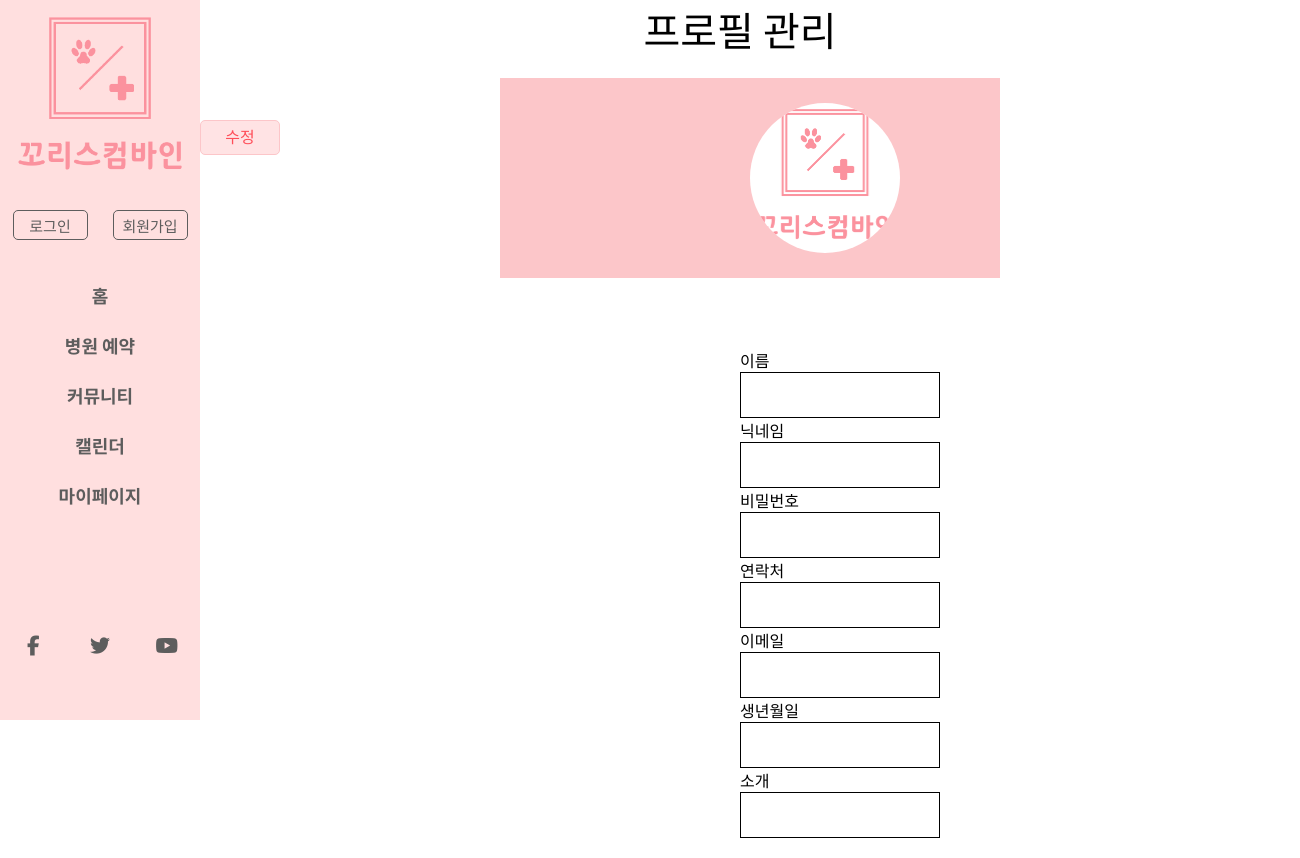
Repository: dodnam/kkoris
Page: http://localhost/1_kkoris/reservation2.jsp
The author's editor kept a copy of each file at every save. The page is drawn from the files as they stood at one save, then again after the next save.
The browser window is 1280 px wide. The page is 1280 px wide, then 1300 px, so the pictures cover 1300 px, including what lies to the right of the window. The pictures show the whole page.
Some web libraries are served in a nearby version. The page is served by Tomcat 9.

Above is the page before, as saved 2020-02-18 00:28:24.

After the next save:
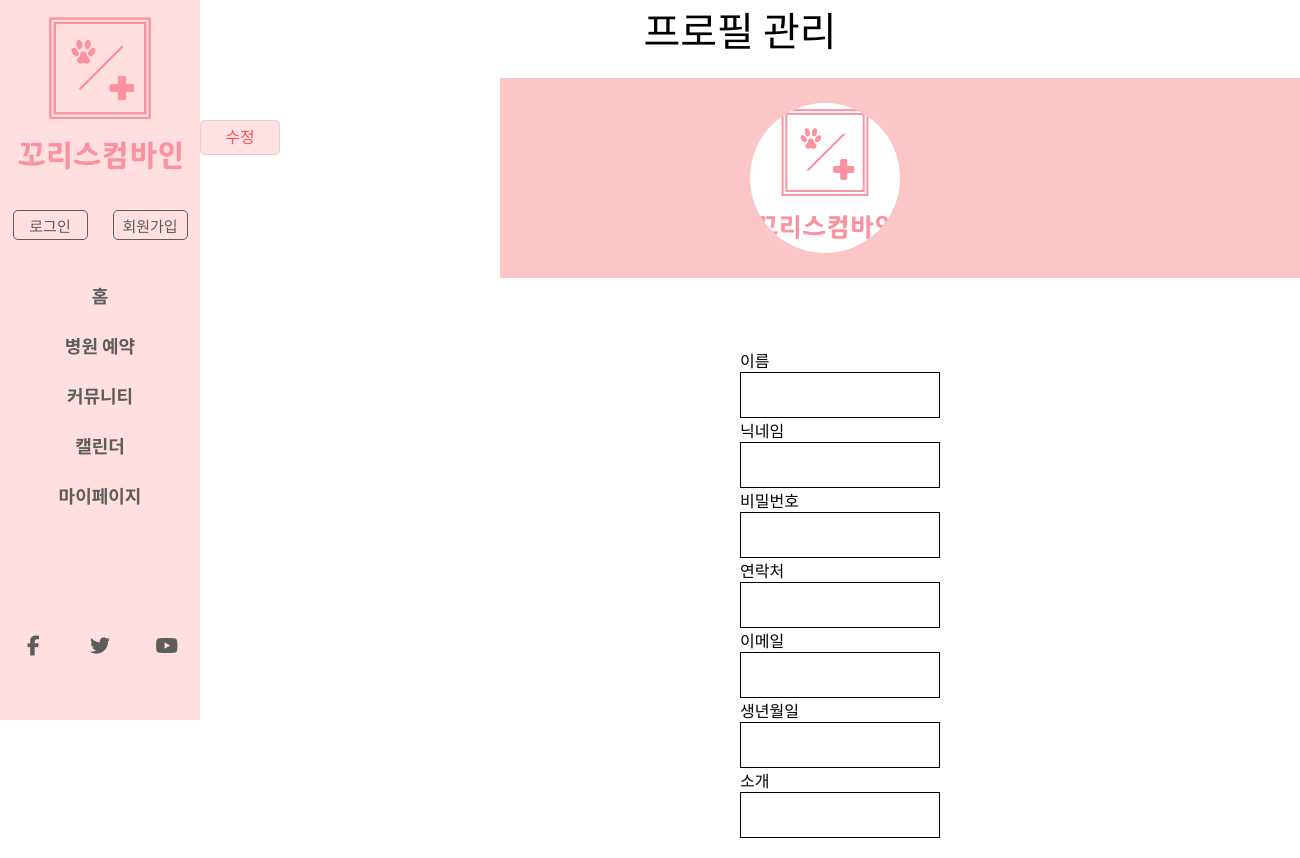
Saved 14 s later.
--- a/1_kkoris/WebContent/reservation2.jsp
+++ b/1_kkoris/WebContent/reservation2.jsp
@@ -8,7 +8,7 @@
 <link rel="stylesheet" type="text/css" href="<%= request.getContextPath() %>/css/index.css"/>
 <link rel="stylesheet" type="text/css" href="<%= request.getContextPath() %>/css/layout.css"/>
 <style>
-	.box_con{left:300px; width:500px; height:200px; background-color:#fcc6c9; position:absolute;}
+	.box_con{left:300px; width:800px; height:200px; background-color:#fcc6c9; position:absolute;}
 	.box{width: 150px; height:150px; border-radius:70%; overflow:hidden; background-color:#fff;margin-top:25px;margin-left:250px;}
 	.profile{width: 100%; height:100%; object-fit:cover; display:block; margin:0px auto;}
 	.userTitle{font-size:40px; text-align:center; top:30px;}
